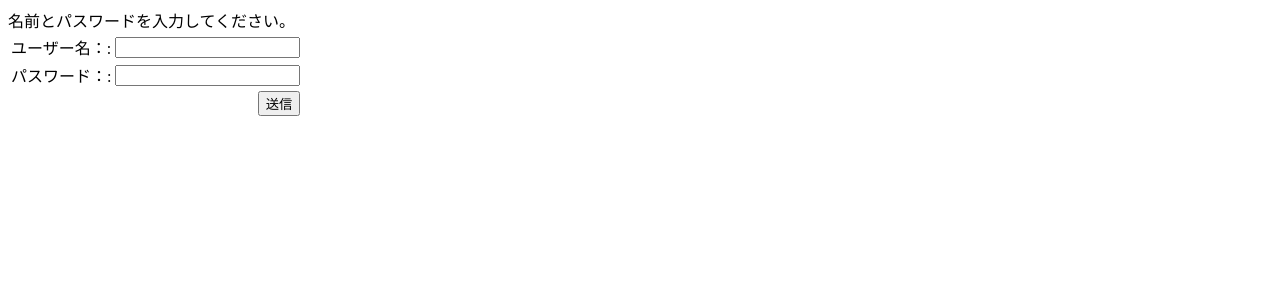
Repository: ichiharashu/test2
Page: http://localhost/WebProj5/welcome.jsp
The author's editor kept a copy of each file at every save. The page is drawn from the files as they stood at one save, then again after the next save.
The browser window is 1280 px wide. The pictures show the whole page.
The page is served by Tomcat 9.

Above is the page before, as saved 2018-12-03 11:27:12.

After the next save:
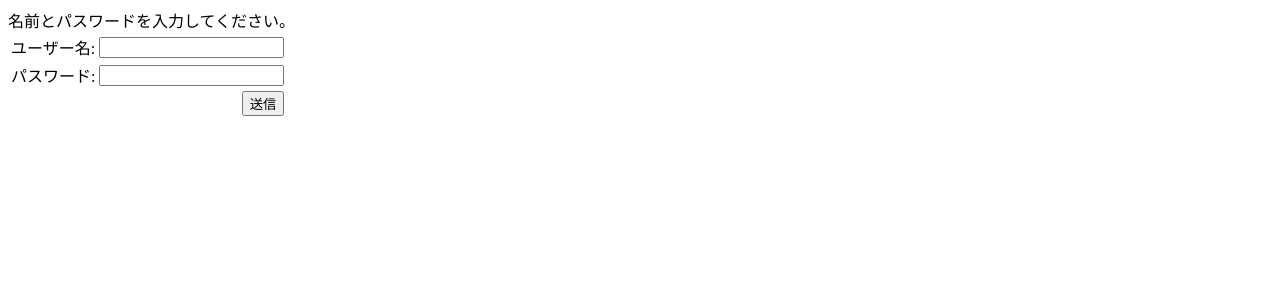
Saved 22 s later.
--- a/WebProj5/WebContent/welcome.jsp
+++ b/WebProj5/WebContent/welcome.jsp
@@ -11,8 +11,8 @@
 
 名前とパスワードを入力してください。
 <s:form action="LoginAction">
-<s:textfield name="username" label="ユーザー名："/>
-<s:password name="password" label="パスワード："/>
+<s:textfield name="username" label="ユーザー名"/>
+<s:password name="password" label="パスワード"/>
 <s:submit value="送信"/>
 </s:form>
 
